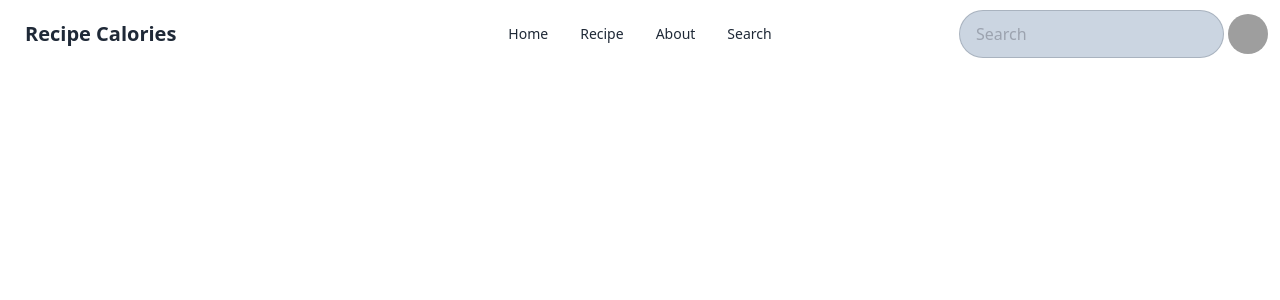
Repository: RudrasahaDibos/Chefs-table
Page: /
The author's editor kept a copy of each file at every save. The page is drawn from the files as they stood at one save, then again after a run of saves.
The browser window is 1280 px wide. The pictures show the whole page.
Pictures or frames that could not be fetched are drawn as grey boxes. The project was rebuilt for these pictures with package versions that can differ from the ones it lists, and the page was loaded fresh each time. Also part of the build but not shown: vite.config.js, src/App.css.

Above is the page before, as saved 2024-12-18 21:13:01.

### src/App.jsx

import './App.css'
import Header from './Component/Header/Header'
import Recipes from './Component/Recipes/Recipes'

function App() {


  return (
    <div className='container mx-auto'>
        <Header></Header>
        <Recipes></Recipes>

    </div>
  )
}

export default App

### src/Component/Header/Header.jsx
import { FaBeer } from "react-icons/fa";
const Header = () => {
    return (
        <div className="max-w-7xl mx-auto">
              <div className="navbar bg-base-100">
  <div className="navbar-start">
    <div className="dropdown">
      <div tabIndex="0" role="button" className="btn btn-ghost lg:hidden">
        <svg
          xmlns="http://www.w3.org/2000/svg"
          className="h-5 w-5"
          fill="none"
          viewBox="0 0 24 24"
          stroke="currentColor">
          <path
            strokeLinecap="round"
            strokeLinejoin="round"
            strokeWidth="2"
            d="M4 6h16M4 12h8m-8 6h16" />
        </svg>
      </div>
      <ul
        tabIndex="0"
        className="menu menu-sm dropdown-content bg-base-100 rounded-box z-[1] mt-3 w-52 p-2 shadow">
        <li><a>Home</a></li>
      <li><a>Recipe</a></li>
      <li><a>About</a></li>
      <li><a>Search</a></li>
      </ul>
    </div>
    <a className="btn btn-ghost text-xl font-bold">Recipe Calories</a>
  </div>
  <div className="navbar-center hidden lg:flex">
    <ul className="menu menu-horizontal px-1">
      <li><a>Home</a></li>
      <li><a>Recipe</a></li>
      <li><a>About</a></li>
      <li><a>Search</a></li>
    </ul>
  </div>
  <div className="navbar-end ">
  <div className="form-control ">
      <input type="text" placeholder="Search"  className="input bg-slate-300 text-black rounded-full input-bordered w-24 md:w-auto"   />

    </div>
    <div tabIndex="0" role="button" className="btn btn-ghost btn-circle avatar">
        <div className="w-10 rounded-full">
          <img
            alt="Tailwind CSS Navbar component"
            src="https://img.daisyui.com/images/stock/photo-1534528741775-53994a69daeb.webp" />
        </div>
      </div>
  </div>
</div>
        </div>
    );
};

export default Header;

### src/Component/Recipes/Recipes.jsx
import React from 'react';

const Recipes = () => {
    return (
        <div>

        </div>
    );
};

export default Recipes;

Loaded but not shown: index.html (common file); src/main.jsx (common file); src/index.css (common file); tailwind.config.js (common file)

After the next 2 saves:
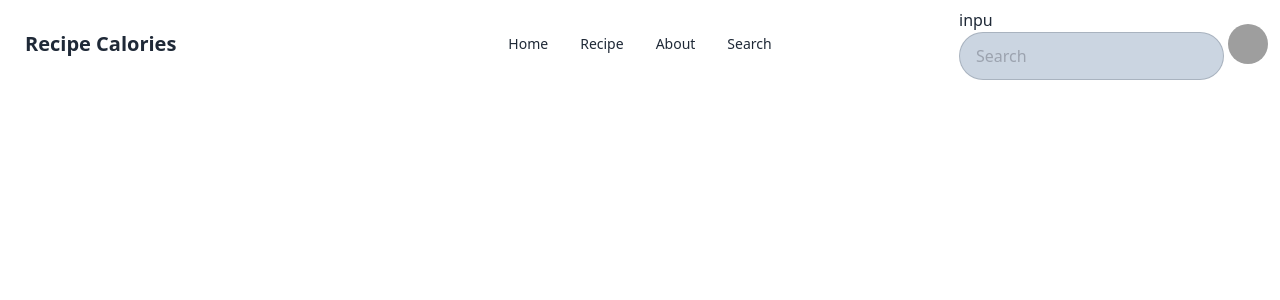
The 2 saves are shown as one change because they came seconds apart.
The last was saved 28 s later.
--- a/src/Component/Header/Header.jsx
+++ b/src/Component/Header/Header.jsx
@@ -40,6 +40,7 @@ const Header = () => {
   </div>
   <div className="navbar-end ">
   <div className="form-control ">
+    inpu
       <input type="text" placeholder="Search"  className="input bg-slate-300 text-black rounded-full input-bordered w-24 md:w-auto"   />
 
     </div>
